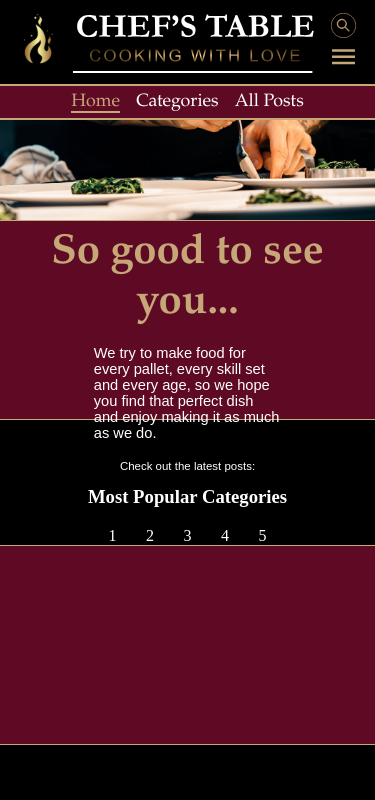
Repository: Noroff-FEU-Assignments/project-exam-1-runeunhjem
Page: index.html
These files come from the project's save history. The page is drawn as it stood at one moment and after the next save; the edit follows.
The browser window is 375 px wide. The pictures show the whole page.
The page's requests for data from a server got no answer.

Above is the page before, as saved 2023-05-01 14:18:32.

### index.html
<!DOCTYPE html>
<html lang="en">
<head>
  <!-- Hotjar Tracking Code for CHEF'S TABLE -->
  <script>
      (function(h,o,t,j,a,r){
          h.hj=h.hj||function(){(h.hj.q=h.hj.q||[]).push(arguments)};
          h._hjSettings={hjid:3468936,hjsv:6};
          a=o.getElementsByTagName('head')[0];
          r=o.createElement('script');r.async=1;
          r.src=t+h._hjSettings.hjid+j+h._hjSettings.hjsv;
          a.appendChild(r);
      })(window,document,'https://static.hotjar.com/c/hotjar-','.js?sv=');
  </script>
  <meta charset="UTF-8">
  <meta http-equiv="X-UA-Compatible" content="IE=edge">
  <meta name="viewport" content="width=device-width, initial-scale=1.0">
  <meta name="keywords" content="Cooking, Chef, Table, Dinner, Dessert, Cousine, Recipes, Food">
  <meta name="description" content="A blog with recipes for only the best and juiciest dishes">
  <link rel="stylesheet" href="css/styles.css">
  <link rel="stylesheet" href="css/out-of-view-menu-text.css">
  <link rel="shortcut icon" href="favicon.ico" type="image/x-icon">
  <script defer src="js/posts.js" type="module"></script>
  <script defer src="js/searchbar.js"></script>
  <script defer src="js/script.js" type="module"></script>
  <title>CHEF'S TABLE | Home</title>
</head>
<body>
  <header class="header-desktop header-mobile" aria-label="Header">
    <div class="header-container">
      <div class="header-flame-logo head-item">
        <a href="index.html" aria-label="Home">
          <img src="images/logo-flame.svg" class="flame-logo" alt="Chef's Table Flame Logo">
          <span class="out-of-view-menu-text">Home</span>
        </a>
      </div>
      <div class="header-text-logo head-item">
        <img src="images/mob-logo-text.svg" id="logo-text" alt="Chef's Table Text Logo">
      </div>
        <div class="search-and-menu header-icons head-item">
          <div class="search-icon">
            <img src="images/ico-search.svg" alt="Search Icon">
          </div>
          <div class="menu-icon">
            <img src="images/ico-menu.svg" alt="Menu Icon">
          </div>
        </div>
    </div>
    <nav class="main-navigation" aria-label="Main Navigation">
      <div class="nav-container">
        <div class="desk-menu mob-menu menu">
            <ul class="search-bar nav-bar">
              <li><a href="index.html" class="active">Home</a></li>
              <li><a href="categories.html">Categories</a></li>
              <li><a href="all-posts.html">All Posts</a></li>
              <li class="desktop-only tablet"><a href="latest-posts.html">Latest Posts</a></li>
              <li class="desktop-only tablet"><a href="image-gallery.html">Image Gallery</a></li>
              <li class="desktop-only"><a href="contact.html">Contact</a></li>
              <li class="desktop-only"><a href="about.html">About</a></li>
              <li class="desktop-only"><a href="add-new-post.html">Add New Post</a></li>
            </ul>
            <div class="search-container">
              <form>
                <input type="text" placeholder="Search..." aria-label="Search for recipes">
                <button type="submit" class="search-button">
                  <div class="searchbar-icon">
                    <img src="images/ico-search.svg" alt="Search Icon">
                  </div>
                </button>
              </form>
            </div>
          </div>
        </div>
    </nav>
  </header>
  <main class="index" aria-label="Main Section">
    <div class="hero-image post-preview" id="post-preview"></div>
    <div class ="thank-you-note">
      <h2 class="so-god-to-see-you">So good to see you...</h2>
      <p class="enjoy-note">We try to make food for every pallet, every skill set and every age, so we hope you find that perfect dish and enjoy making it as much as we do.</p>
      <p class="check-latest-posts-note">Check out the latest posts:</p>
    </div>
    <div class="carousel-home" id="carousel-home"></div>
    <div class="categories" id="categories">
      <h3>Most Popular Categories</h3>
      <div class="categories-container">
        <div class="category">1</div>
        <div class="category">2</div>
        <div class="category">3</div>
        <div class="category">4</div>
        <div class="category">5</div>
      </div>
    </div>
  </main>
  <footer class="footer">
    <div class="footer-left"></div>
    <div class="footer-center"></div>
    <div class="footer-right"></div>
  </footer>
</body>
</html>

### css/styles.css
:root {
  --color-black: #000000;
  --color-white: #FFFFFF;
  --color-grey: #D9D9D9;
  --color-gold: #C6A777;
  --color-red: #A60033;
  --color-burgundy: #5E0A24;
  --border-radius-50: 50%;
  --border-radius-10: 10%;
  --border-1px-gold: 1px solid var(--color-gold);
  --border-2px-gold: 2px solid var(--color-gold);
  --font-family-elegant: "Garamond", "Times New Roman", serif;
  --font-family-normal: "Arial", "Helvetica", sans-serif;
}

*, *:before, *:after {
  box-sizing: inherit;
}

body {
  margin: 0;
  box-sizing: border-box;
  background-color: var(--color-black);
  color: var(--color-white);
}

header {
  display: flex;
  justify-content: center;
  flex-wrap: wrap;
}

img {
  max-width: 100%;
  max-height: 100%;
}

.header-container {
  display: flex;
  justify-content: space-around;
  align-items: center;
  margin: 0.5em 1em 0.7em 1em;
  box-sizing: border-box;
  max-height: 100%;
  width: 90vw;
  max-width: 970px;
  gap: 1em;
}
.header-container .flame-logo {
  max-height: 100px;
}

.header-text-logo {
  display: flex;
  align-items: flex-start;
}

.search-icon, .menu-icon {
  display: flex;
  justify-content: center;
  align-items: flex-end;
}

.search-and-menu {
  gap: 0.5em;
}

.head-item {
  display: flex;
  flex-direction: column;
  align-items: center;
  justify-content: center;
}

.main-navigation {
  display: flex;
  justify-content: center;
  align-items: center;
  height: auto;
  max-width: 100%;
  max-height: 100%;
}

.nav-container .menu {
  background-color: var(--color-burgundy);
  border-top: var(--border-2px-gold);
  border-bottom: var(--border-2px-gold);
  display: flex;
  flex-direction: column;
  justify-content: center;
  align-items: center;
  width: 100vw;
  min-height: 36px;
  height: 4vw;
  max-height: 48px;
}
.nav-container ul {
  display: flex;
  justify-content: space-around;
  gap: 1em;
  padding: 0;
  margin: 0;
  align-items: center;
}
.nav-container a {
  font-family: var(--font-family-elegant);
  font-size: calc(1rem + 0.5vw);
  color: var(--color-white);
  text-decoration: none;
}
.nav-container .hide {
  display: none;
}
.nav-container a:hover {
  color: var(--color-gold);
}
.nav-container li {
  list-style: none;
}
.nav-container .active {
  color: var(--color-gold);
  border-bottom: var(--border-2px-gold);
}

.search-container {
  display: none;
}

.show {
  display: flex;
  justify-content: center;
  align-items: center;
  max-width: 970px;
}
.show form {
  display: flex;
  justify-content: center;
  align-items: center;
  gap: 0.5em;
}
.show form input {
  text-indent: 0.5em;
  font-size: 1.2rem;
  background-color: var(--color-black);
  color: var(--color-white);
  border: var(--border-1px-gold);
  min-height: 24px;
  height: 2vw;
  min-width: 250px;
  border-radius: 6px;
}
.show form .search-button {
  border-radius: var(--border-radius-50);
  padding: 0;
  margin: 0;
  background-color: var(--color-burgundy);
  border: 1px solid var(--color-burgundy);
  min-height: 24px;
  height: 2vw;
}
.show img {
  min-height: 24px;
  height: 2vw;
}

main {
  display: flex;
  flex-direction: column;
  justify-content: flex-start;
  align-items: center;
}

.hero-image {
  background-image: url(../images/hero-image.png);
  background-size: cover;
  background-repeat: no-repeat;
  background-position: center bottom;
  width: 100vw;
  height: 279px;
}

.thank-you-note {
  display: flex;
  flex-direction: column;
  justify-content: flex-start;
  text-align: center;
  width: 100%;
  height: 200px;
  margin-bottom: 1em;
  background-color: var(--color-burgundy);
  color: var(--color-white);
  border-top: var(--border-1px-gold);
  border-bottom: var(--border-1px-gold);
}

.so-god-to-see-you {
  margin: 0.2em auto;
  font-family: var(--font-family-elegant);
  font-size: calc(2.5rem + 0.5vw);
  color: var(--color-gold);
}

.enjoy-note {
  width: 50vw;
  text-align: left;
  margin: 0.5em auto;
  font-family: var(--font-family-normal);
  font-size: calc(0.8rem + 0.5vw);
}

.check-latest-posts-note {
  font-family: var(--font-family-normal);
  font-size: calc(0.6rem + 0.5vw);
}

.carousel-home {
  display: flex;
  justify-content: flex-start;
  align-items: flex-start;
  width: 80vw;
  margin-bottom: 2em;
  gap: 1em;
}

.post-container {
  border: var(--border-1px-gold);
  border-radius: 6px;
  padding: 0.5em;
  height: 295px;
  width: 243px;
}

.post-image-container {
  width: 213px;
  height: 110px;
  padding-bottom: 56.25%; /* 16:9 aspect ratio */
  background-size: cover;
  background-position: center center;
  border-top-left-radius: 6px;
  border-top-right-radius: 6px;
}

.post-title {
  font-family: var(--font-family-elegant);
  font-size: 1.2rem;
  font-weight: bold;
  color: var(--color-gold);
  height: 40px;
  margin: 0.4em 0 0 0;
}

.post-tagline {
  font-family: var(--font-family-normal);
  margin: 0.4em 0;
  font-size: 0.9rem;
  height: 32px;
}

.post-tags {
  font-family: var(--font-family-normal);
  font-size: 0.8rem;
  margin: 0 0 0.6em 0;
  height: 48px;
  line-height: 1.35;
}

.post-added {
  font-family: var(--font-family-normal);
  font-size: 0.7rem;
  margin: 0;
}

.categories {
  display: flex;
  flex-direction: column;
  align-items: center;
  justify-content: flex-start;
}

.categories-container {
  display: flex;
  justify-content: space-between;
}

.category {
  display: flex;
  justify-content: center;
  width: 10vw;
}

footer {
  display: flex;
  justify-content: space-around;
  align-items: center;
  width: 100vw;
  height: 200px;
  background-color: var(--color-burgundy);
  color: var(--color-white);
  border-top: var(--border-1px-gold);
  border-bottom: var(--border-1px-gold);
}

@media screen and (max-width: 768px) {
  .desktop-only {
    display: none;
  }
  .tablet {
    display: block;
  }
  .hero-image {
    background-image: url(../images/hero-image.png);
    height: 180px;
  }
}
@media screen and (max-width: 460px) {
  .tablet {
    display: none;
  }
  .hero-image {
    background-image: url(../images/hero-image.png);
    height: 100px;
  }
}/*# sourceMappingURL=styles_20230501141832.css.map */

### css/out-of-view-menu-text.css
.out-of-view-menu-text {
  position: absolute;
  left: -10000px;
}

### js/posts.js
const apiUrl = "https://wordpress.runeunhjem.no/wp-json/wp/v2/posts?per_page=50";
let posts = [];

async function getPosts() {
  try {
    const response = await fetch(apiUrl);
    const result = await response.json();
    console.log(result);

    for (const item of result) {
      const categoriesResponse = await fetch(item._links["wp:term"][0].href);
      const categoriesResult = await categoriesResponse.json();
      const categories = categoriesResult.map(category => category.name);

      const tagsResponse = await fetch(item._links["wp:term"][1].href);
      const tagsResult = await tagsResponse.json();
      const tags = tagsResult
        .filter((tag) => tag.name !== "ep1" && tag.name !== "food").map((tag) => tag.name);

      const post = {
        postId: item.id,
        title: item.title.rendered.replace(/&amp;/g, "&"),
        shortDescription: item.content.rendered.match(/<p>(.*?)<\/p>/)[1].trim(),
        tags: tags,
        date: new Date(item.modified),
        categories: categories,
        image: item.content.rendered.match(/src="([^"]*)"/)[1],
        instructions: item.content.rendered.match(/<ol>(.*?)<\/ol>/s)[0],
        recipe: item.content.rendered.match(/Ingredients:([\s\S]*?)<ol>/)[1].trim(),
      };
      posts.push(post);
    // for (const item of result) {
    //   // fetch categories and tags for the post

    //   const post = {
    //     postId: item.id,
    //     title: item.title.rendered.replace(/&/g, "&amp;"),
    //     categories: categories,
    //     tags: tags,
    //     image: item.content.rendered.match(/src="([^"]*)"/)[1],
    //     instructions: item.content.rendered.match(/<ol>(.*?)<\/ol>/s)[0],
    //     recipe: item.content.rendered.match(/Ingredients:([\s\S]*?)<ol>/)[1].trim(),
    //     shortDescription: item.excerpt.rendered.replace(/(<([^>]+)>)/gi, "").trim()
    //   };
    //   posts.push(post);
    };
  } catch (error) {
    console.log(error);
  };
};

export { getPosts, posts };

### js/script.js
import { getPosts, posts } from "./posts.js";

(async function () {
  await getPosts();
  console.log("posts is: ", posts);

  const carousel = document.getElementById("carousel-home");

  for (const post of posts) {
    const postContainer = document.createElement("div");
    postContainer.classList.add("post-container");

    const container = document.createElement("div");
    container.classList.add("post-image-container");
    postContainer.appendChild(container);

    const image = new Image();
    image.onload = function () {
      container.style.backgroundImage = `url(${image.src})`;
    };
    image.src = post.image;

    const title = document.createElement("h2");
    title.classList.add("post-title");
    title.textContent = post.title;
    postContainer.appendChild(title);

    const tagLine = document.createElement("p");
    tagLine.classList.add("post-tagline");
    tagLine.textContent = post.shortDescription;
    postContainer.appendChild(tagLine);

    const tags = document.createElement("p");
    tags.classList.add("post-tags");
    tags.textContent = `Tags: ${post.tags.join(", ")}`;
    postContainer.appendChild(tags);

    const date = new Date(post.date);
    const dateString = `${date.toLocaleString("en-us", { month: "short" })} ${date.getDate()}, ${date.getFullYear()}`;
    const added = document.createElement("p");
    added.classList.add("post-added");
    added.textContent = `Modified: ${dateString}`;
    postContainer.appendChild(added);


    // const categories = document.createElement("p");
    // categories.textContent = `Categories: ${post.categories.join(", ")}`;
    // postContainer.appendChild(categories);


    // const instructions = document.createElement("div");
    // instructions.innerHTML = post.instructions;
    // postContainer.appendChild(instructions);

    // const recipe = document.createElement("div");
    // recipe.innerHTML = post.recipe;
    // postContainer.appendChild(recipe);

    carousel.appendChild(postContainer);
  }
})();

### js/searchbar.js
const searchIcon = document.querySelector(".search-icon");
const searchContainer = document.querySelector(".search-container");
const navContainer = document.querySelector(".search-bar");

searchIcon.addEventListener("click", function () {
  searchContainer.classList.toggle("show");
  navContainer.classList.toggle("hide");
});

After the next save:
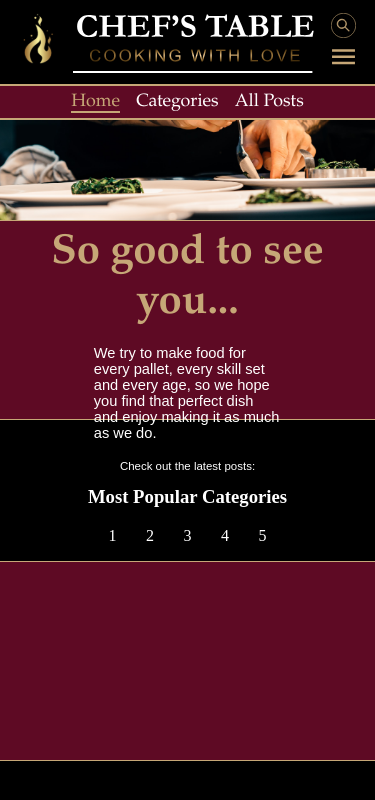
Saved 21 s later.
--- a/css/styles.css
+++ b/css/styles.css
@@ -275,6 +275,7 @@ main {
   flex-direction: column;
   align-items: center;
   justify-content: flex-start;
+  margin-bottom: 1em;
 }
 
 .categories-container {
@@ -320,4 +321,4 @@ footer {
     background-image: url(../images/hero-image.png);
     height: 100px;
   }
-}/*# sourceMappingURL=styles_20230501141832.css.map */
+}/*# sourceMappingURL=styles_20230501141853.css.map */
